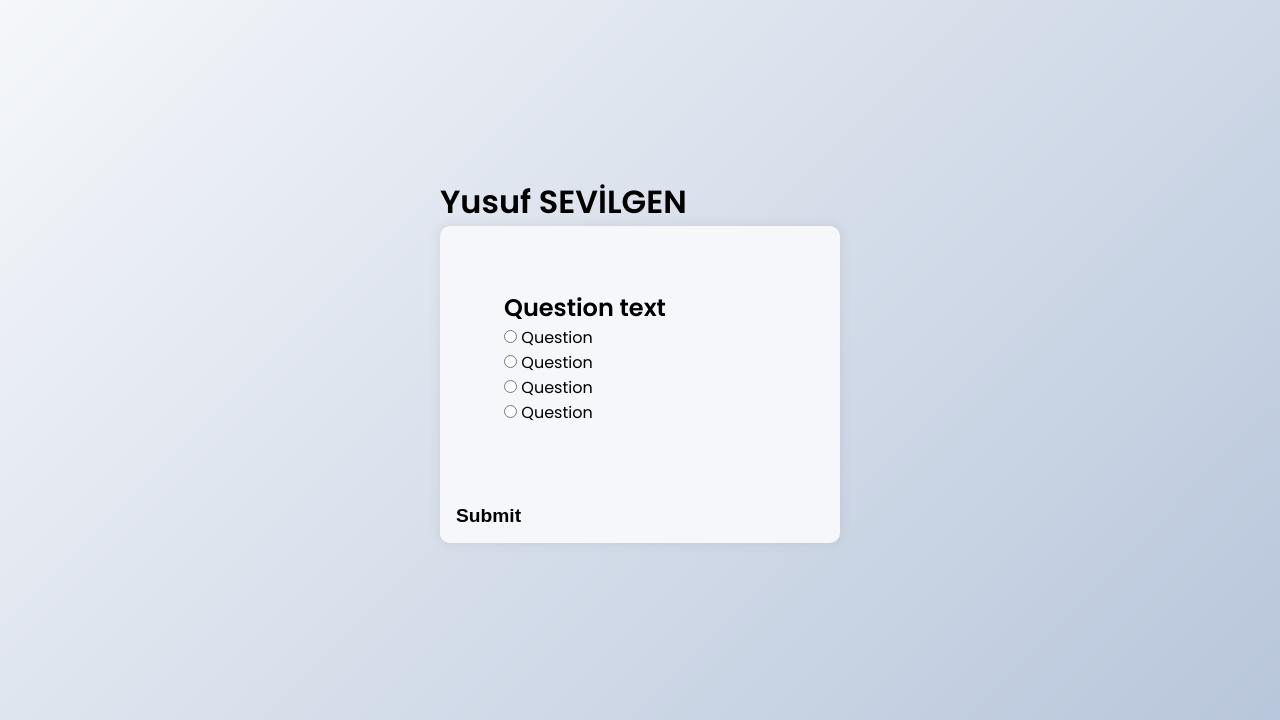
Repository: sevilgenysf/javascript-two
Page: index.html
An editor plug-in stored every save of this project. The page is shown before and after the next save, followed by the edit.
The browser window is 1280 px wide. The pictures show the whole page.

Above is the page before, as saved 2022-02-27 15:18:16.

After the next save:
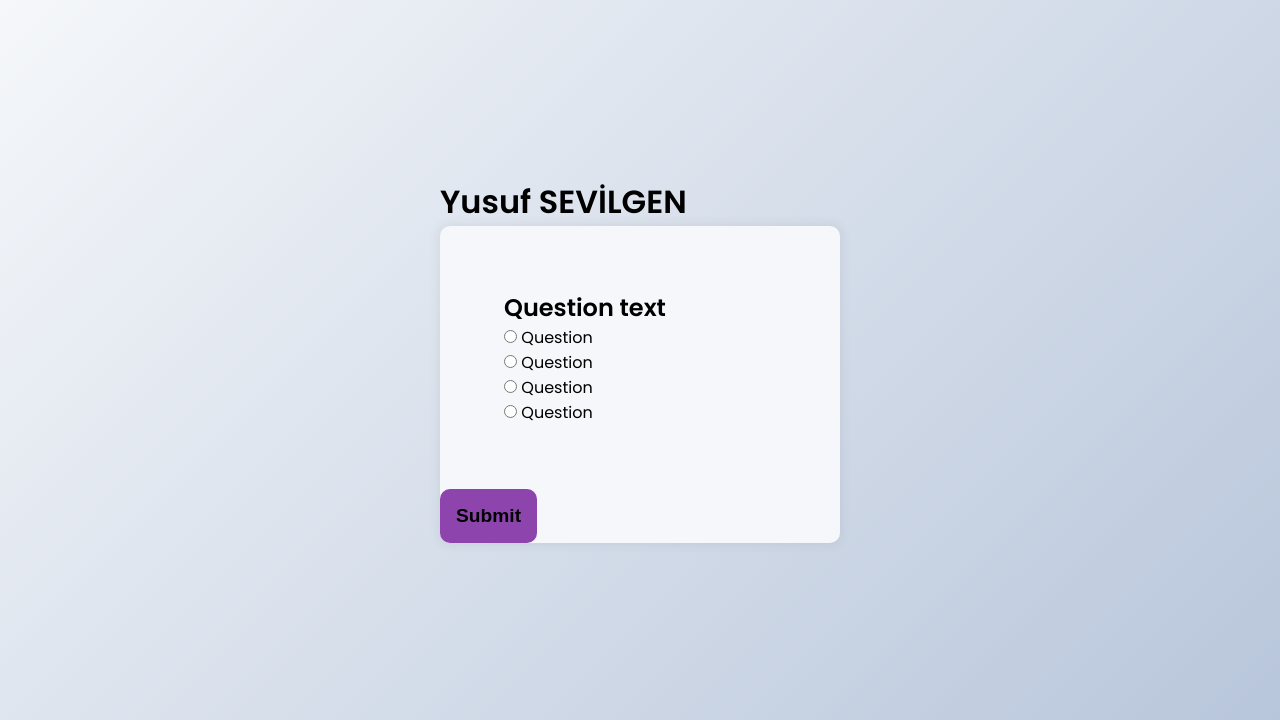
Saved 31 s later.
--- a/style.css
+++ b/style.css
@@ -34,7 +34,7 @@ ul {
 }
 
 button {
-	background-color: #f5f7fa;
+	background-color: #8e44ad;
 	border: none;
 	border-radius: 10px;
 	color: #000;
